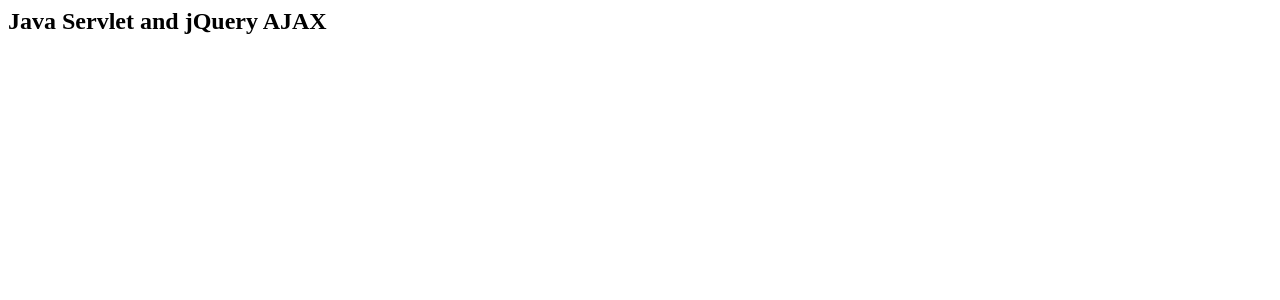
Repository: joliest/MyGits
Page: Java/Project_JIRA/JavaServletAndAJAX/WebContent/AJAXJava.html
The author's editor kept a copy of each file at every save. The page is drawn from the files as they stood at one save, then again after the next save.
The browser window is 1280 px wide. The pictures show the whole page.

Above is the page before, as saved 2017-09-07 12:37:47.

### Java/Project_JIRA/JavaServletAndAJAX/WebContent/AJAXJava.html

<html>
	<head>
		<title>Java and jQuery AJAX</title>
		<style>
			#div1 {

			}
		</style>
	</head>
	<body>
		<h2>Java Servlet and jQuery AJAX</h2>
		<div id="div1">

		</div>

	</body>
</html>

After the next save:
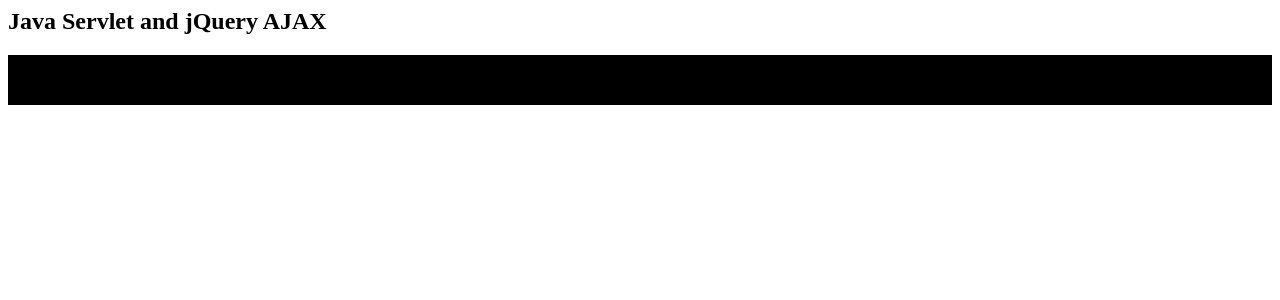
Saved 74 s later.
--- a/Java/Project_JIRA/JavaServletAndAJAX/WebContent/AJAXJava.html
+++ b/Java/Project_JIRA/JavaServletAndAJAX/WebContent/AJAXJava.html
@@ -4,7 +4,7 @@
 		<title>Java and jQuery AJAX</title>
 		<style>
 			#div1 {
-
+				border: 25px solid black;
 			}
 		</style>
 	</head>
